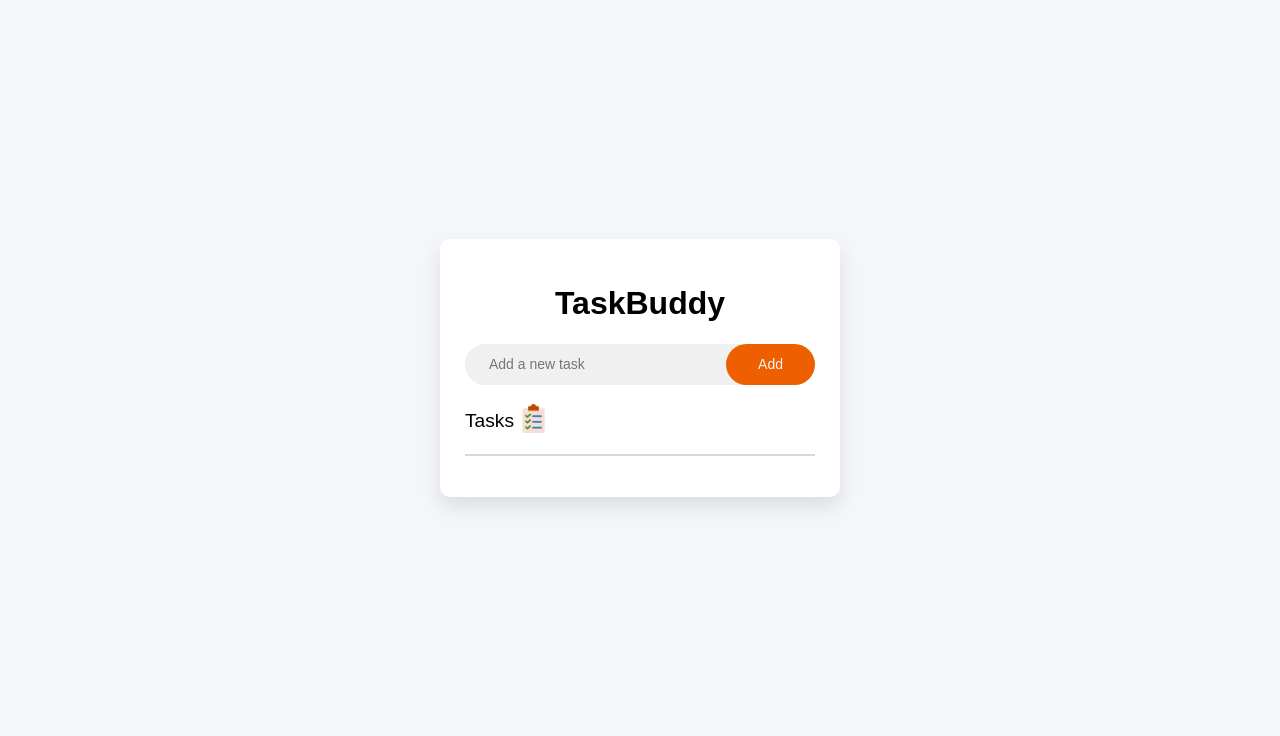
Repository: yogeshnandwani/taskbuddy-todo
Page: index.html
The author's editor kept a copy of each file at every save. The page is drawn from the files as they stood at one save, then again after the next save.
The browser window is 1280 px wide. The pictures show the whole page.
The first visible `#addBtn` is being pressed.

Above is the page before, as saved 2026-03-17 12:49:33.

After the next save:
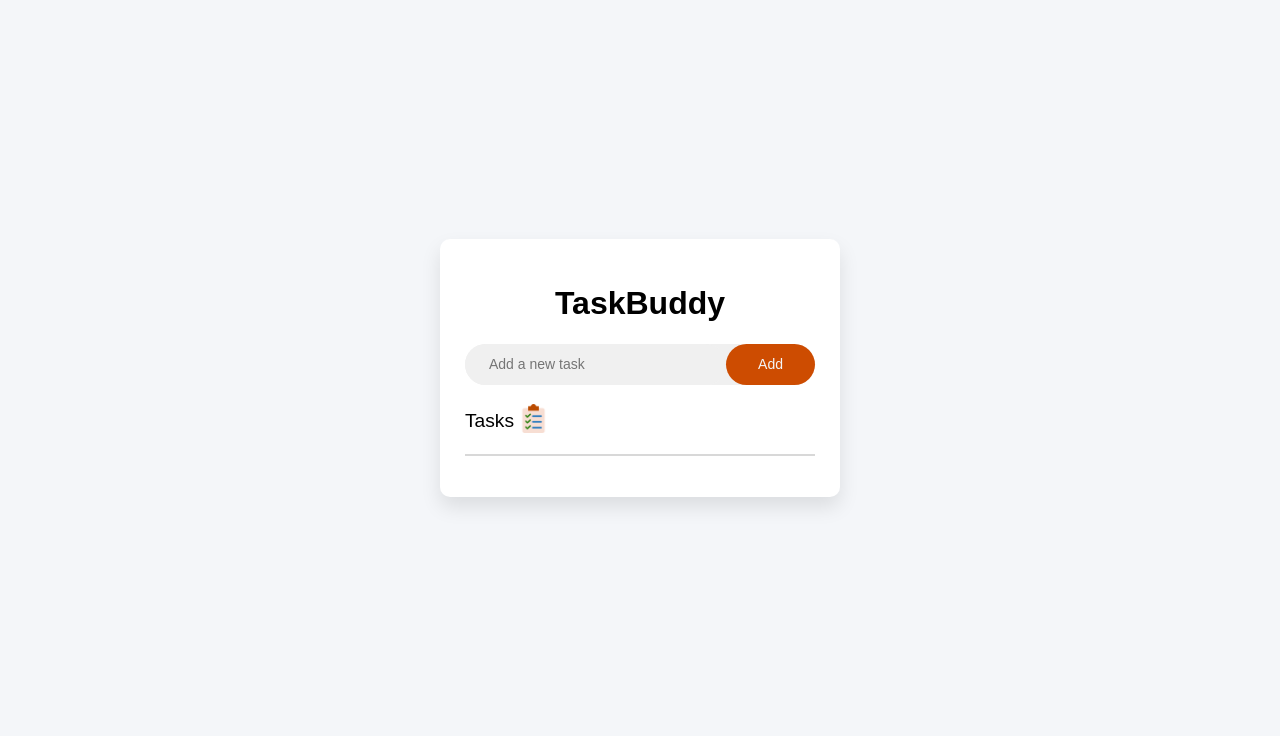
Saved 26 s later.
--- a/css/style.css
+++ b/css/style.css
@@ -51,6 +51,10 @@ input:focus{
 
 #addBtn:hover{
     background-color: #ee5f00;
+}
+
+#addBtn:active{
+    background-color: #cd4c01;
 }
 
 ul{
